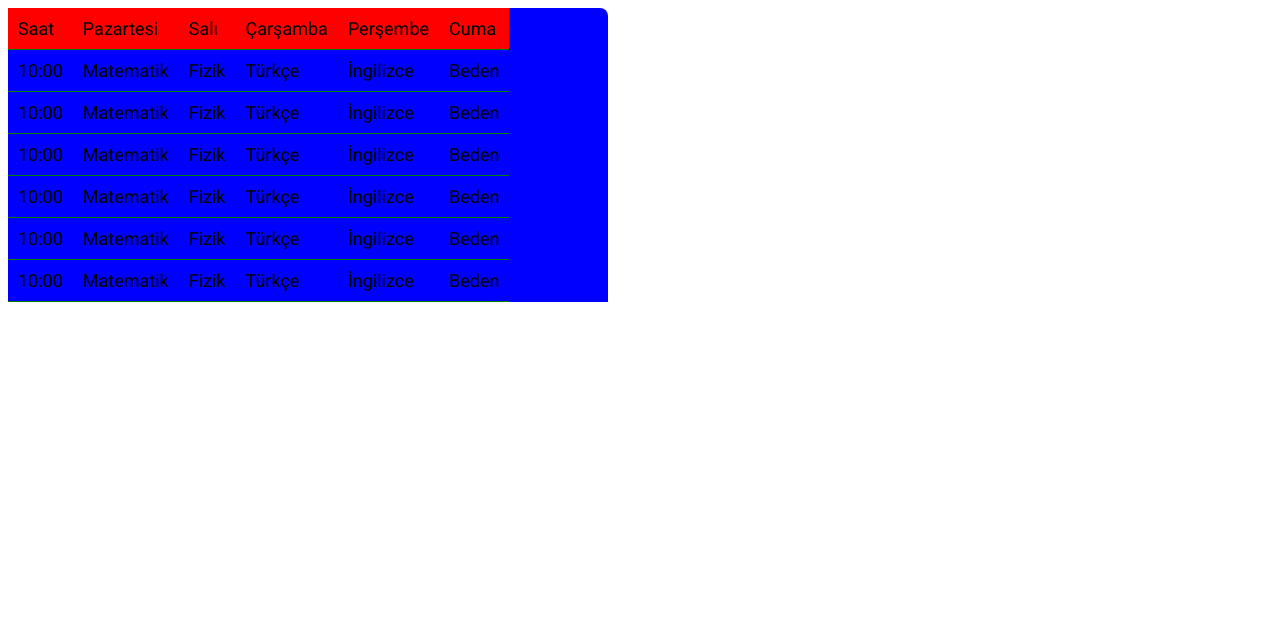
Repository: ahmetbugraozcan/css-ders-programi
Page: deneme2.html
An editor plug-in stored every save of this project. The page is shown before and after a run of saves, followed by the edit.
The browser window is 1280 px wide. The pictures show the whole page.

Above is the page before, as saved 2021-07-10 15:24:45.

### deneme2.html
<!DOCTYPE html>
<html>

<head>
    <link href='http://fonts.googleapis.com/css?family=Roboto' rel='stylesheet' type='text/css'>
    <style>
        * {
            box-sizing: border-box;
        }

        body {
            font-family: 'Roboto', sans-serif;
            font-size: 18px;

        }

        .head {
            background-color: red;
        }
        .row {
            width: 600px;

            border-radius: 8px 8px 0 0;
            /* overflow: hidden; */
            display: flex;
            flex-direction: row;
            background-color: blue;
        }

        .row>div>div {

            border-bottom: 1px solid green;
        }

        .row>div>div,
        .head {
            padding: 10px;
        }
    </style>
</head>

<body>
    <div class="row">
        <div>
            <div class="head"> Saat</div>
            <div>10:00</div>
            <div>10:00</div>
            <div>10:00</div>
            <div>10:00</div>
            <div>10:00</div>
            <div>10:00</div>
        </div>
        <div>
            <div class="head"> Pazartesi</div>
            <div>Matematik</div>
            <div>Matematik</div>
            <div>Matematik</div>
            <div>Matematik</div>
            <div>Matematik</div>
            <div>Matematik</div>
        </div>
        <div>
            <div class="head">Salı</div>
            <div>Fizik</div>
            <div>Fizik</div>
            <div>Fizik</div>
            <div>Fizik</div>
            <div>Fizik</div>
            <div>Fizik</div>
        </div>
        <div>
            <div class="head">Çarşamba</div>
            <div>Türkçe</div>
            <div>Türkçe</div>
            <div>Türkçe</div>
            <div>Türkçe</div>
            <div>Türkçe</div>
            <div>Türkçe</div>

        </div>
        <div>
            <div class="head">Perşembe</div>
            <div>İngilizce</div>
            <div>İngilizce</div>
            <div>İngilizce</div>
            <div>İngilizce</div>
            <div>İngilizce</div>
            <div>İngilizce</div>
        </div>
        <div>
            <div class="head">Cuma</div>
            <div>Beden</div>
            <div>Beden</div>
            <div>Beden</div>
            <div>Beden</div>
            <div>Beden</div>
            <div>Beden</div>

        </div>
    </div>

</body>

</html>

After the next 2 saves:
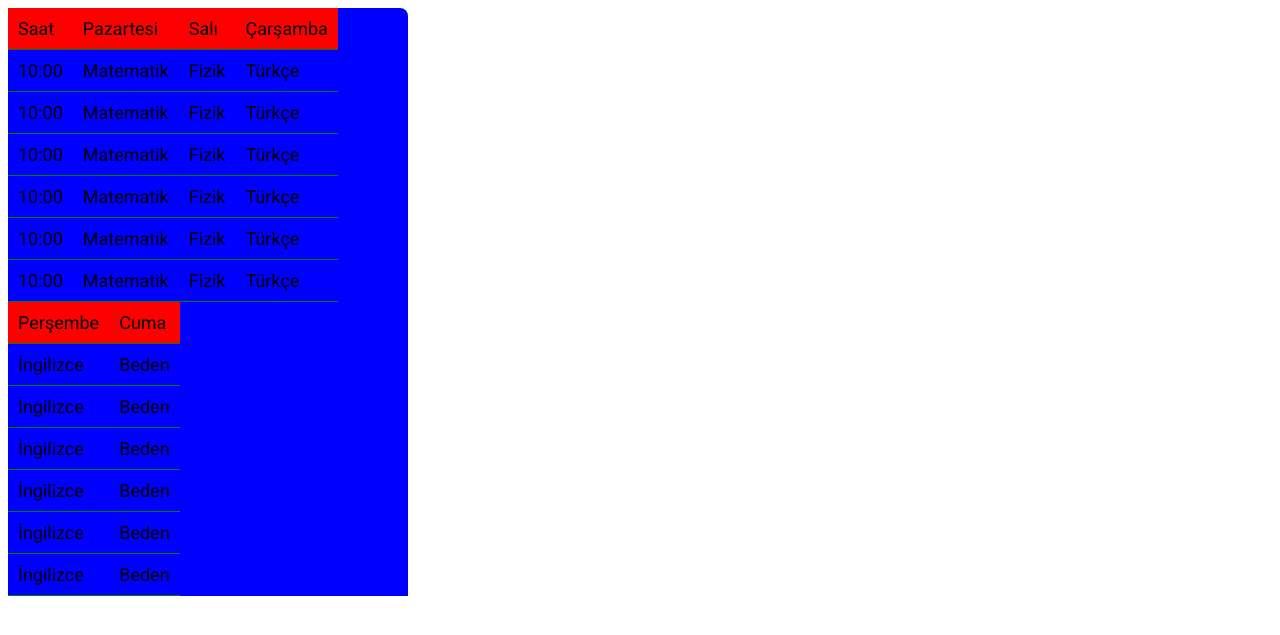
The 2 saves are shown as one change because they came seconds apart.
The last was saved 111 s later.
--- a/deneme2.html
+++ b/deneme2.html
@@ -18,8 +18,8 @@
             background-color: red;
         }
         .row {
-            width: 600px;
-
+            width: 400px;
+             flex-wrap: wrap;
             border-radius: 8px 8px 0 0;
             /* overflow: hidden; */
             display: flex;
